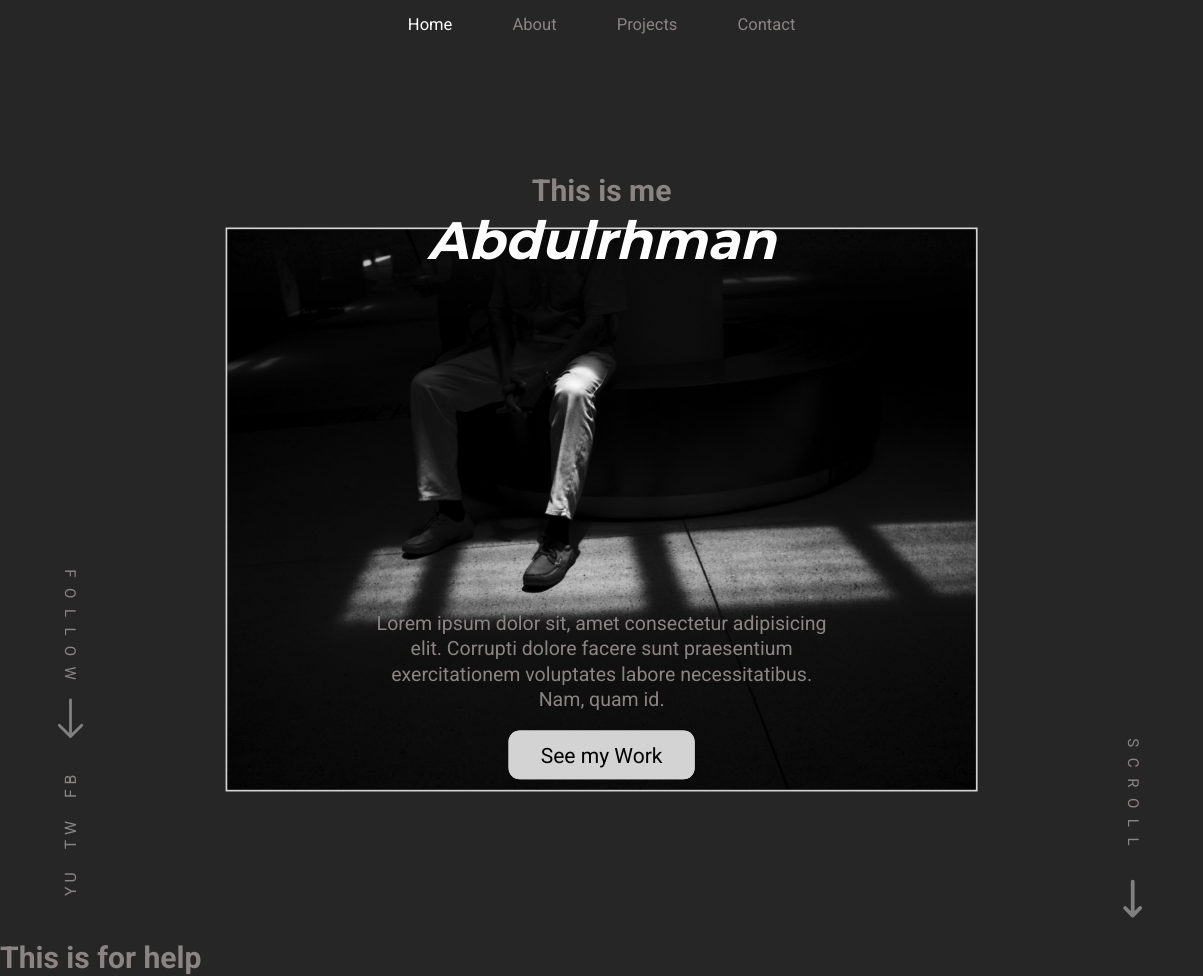
Repository: Abdoulrhman-altyeb/React-Typescript
Page: /
The author's editor kept a copy of each file at every save. The page is drawn from the files as they stood at one save, then again after the next save.
The browser window is 1280 px wide. The pictures show the whole page, at 94% of full size.
The project was rebuilt for these pictures with package versions that can differ from the ones it lists, and the page was loaded fresh each time. Also part of the build but not shown: src/Pages/Contact.tsx, src/Pages/About.tsx, src/Pages/Projects.tsx.

Above is the page before, as saved 2021-05-18 15:49:44.

After the next save:
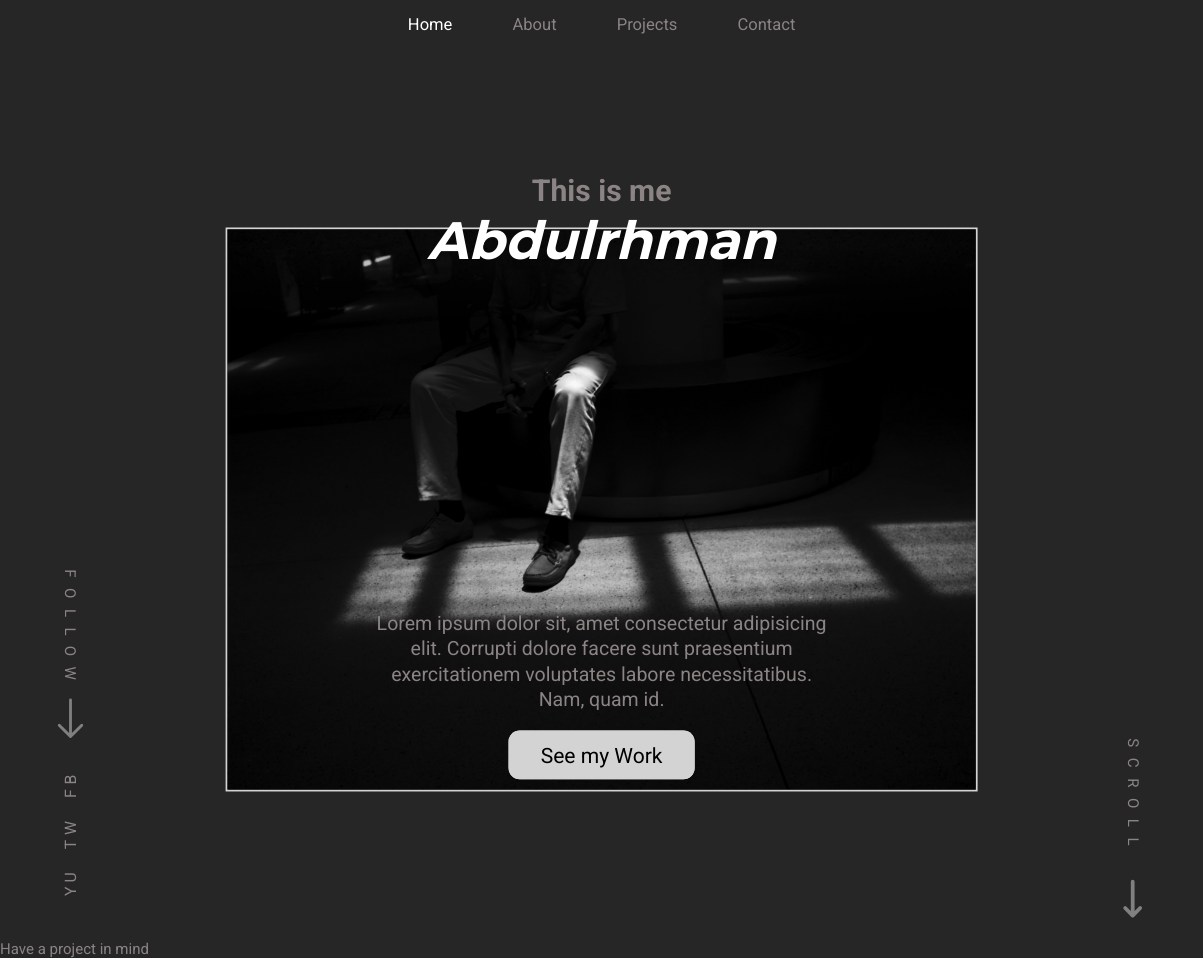
Saved 50 s later.
--- a/src/components/ContactButton.tsx
+++ b/src/components/ContactButton.tsx
@@ -2,7 +2,9 @@ import React from 'react';
 
 const ContactButton: React.FC = () => {
     return (
-        <h1>This is for help</h1>
+        <div>
+            <p>Have a project in mind</p>
+        </div>
     )
 }
 
